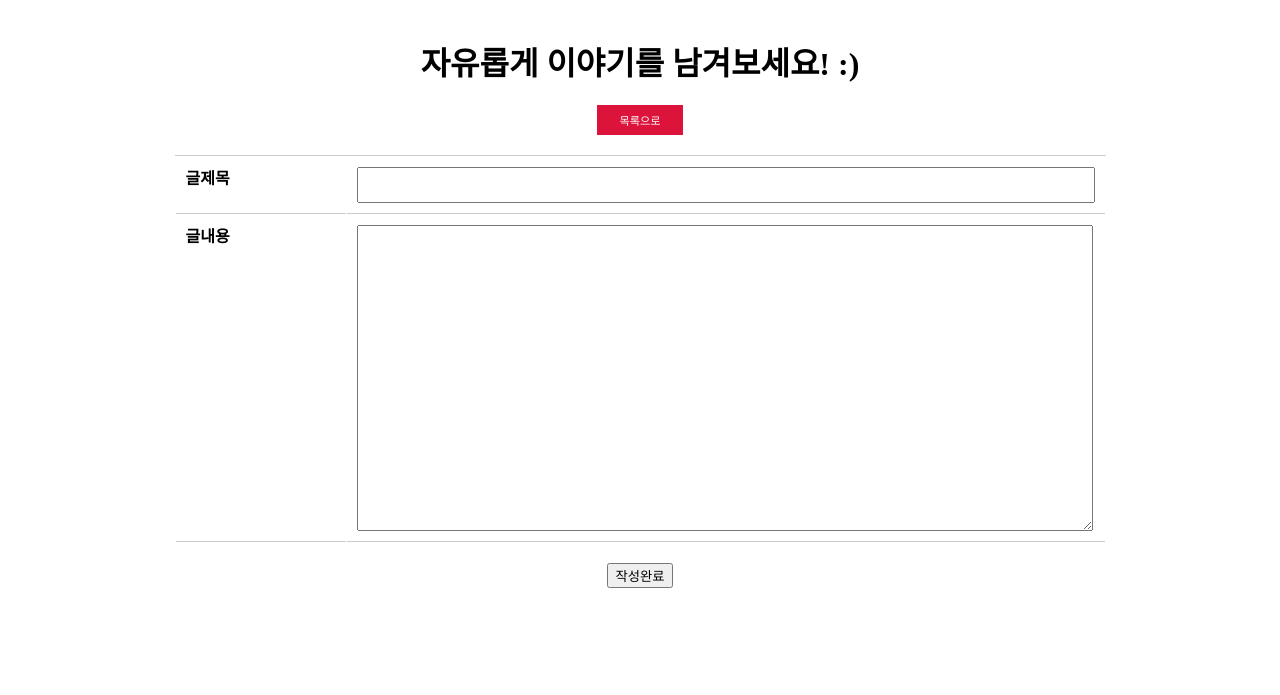
Repository: minkyung0421/NMT_Project
Page: http://localhost/MyPage_Project/Write.jsp
These files come from the project's save history. The page is drawn as it stood at one moment and after the next save; the edit follows.
The browser window is 1280 px wide. The pictures show the whole page.
The page is served by Tomcat 9.

Above is the page before, as saved 2018-08-30 23:21:22.

### NMT_Project/MyPage_Project/WebContent/Write.jsp
<%@ page language="java" contentType="text/html; charset=UTF-8"
    pageEncoding="UTF-8"%>
<!DOCTYPE html PUBLIC "-//W3C//DTD HTML 4.01 Transitional//EN" "http://www.w3.org/TR/html4/loose.dtd">
<html>
<head>
<meta http-equiv="Content-Type" content="text/html; charset=UTF-8">
<title>Board</title>
<style>
	table.type04 {
    border-collapse: separate;
    border-spacing: 1px;
    text-align: left;
    line-height: 1.5;
    border-top: 1px solid #ccc;
  margin : 20px 10px;
}
table.type04 th {
    width: 150px;
    padding: 10px;
    font-weight: bold;
    vertical-align: top;
    border-bottom: 1px solid #ccc;
}
table.type04 td {
    width: 350px;
    padding: 10px;
    vertical-align: top;
    border-bottom: 1px solid #ccc;
}

      #board_title{width:730px; height:30px;}

      #board_content{width:730px; height:300px;}

         button{
        background:crimson;
        color:#fff;
        border:none;
        position:relative;
        height:30px;
        font-size:0.7em;
        padding:0 2em;
        cursor:pointer;
        transition:800ms ease all;
        outline:none;
      }
      button:hover{
        background:#fff;
        color:crimson;
      }
      button:before,button:after{
        content:'';
        position:absolute;
        top:0;
        right:0;
        height:2px;
        width:0;
        background: crimson;
        transition:400ms ease all;
      }
      button:after{
        right:inherit;
        top:inherit;
        left:0;
        bottom:0;
      }
      button:hover:before,button:hover:after{
        width:100%;
        transition:800ms ease all;
      }
</style>
</head>
<body>
 <center><h1 style = "margin-top:3%">자유롭게 이야기를 남겨보세요! :)</h1>
        <a href = "list.jsp"><button>목록으로</button></a></center>
<form name="insertFrm" id="insertFrm" action="insert.jsp">
<center>
    <table class="type04">
	 <tr>
        <th scope="row">글제목</th>
        <td><input type="text" id="board_title" name="board_title"></td>
    </tr>
    <tr>
        <th scope="row">글내용</th>
        <td><textarea id="board_content" name="board_content"></textarea></td>
    </tr>
    </table>
</center>
  </form>

  <div class="Btn">

    <center><input type="button" value="작성완료" class = "button" id="insert" OnClick="javascript:Insert();"></center>

  </div>
</body>
<script>
	function Insert(){
		var insertFrm = document.insertFrm;
		if(!insertFrm.board_title.value){
			alert("글제목을 작성해주세요;)");
			insertFrm.board_title.focus();
			return;
		}

		if(!insertFrm.board_content.value){
			alert("내용을 적어주세요;)");
			insertFrm.board_content.focus();
			return;
		}

		insertFrm.submit();
	}
</script>
</html>

After the next save:
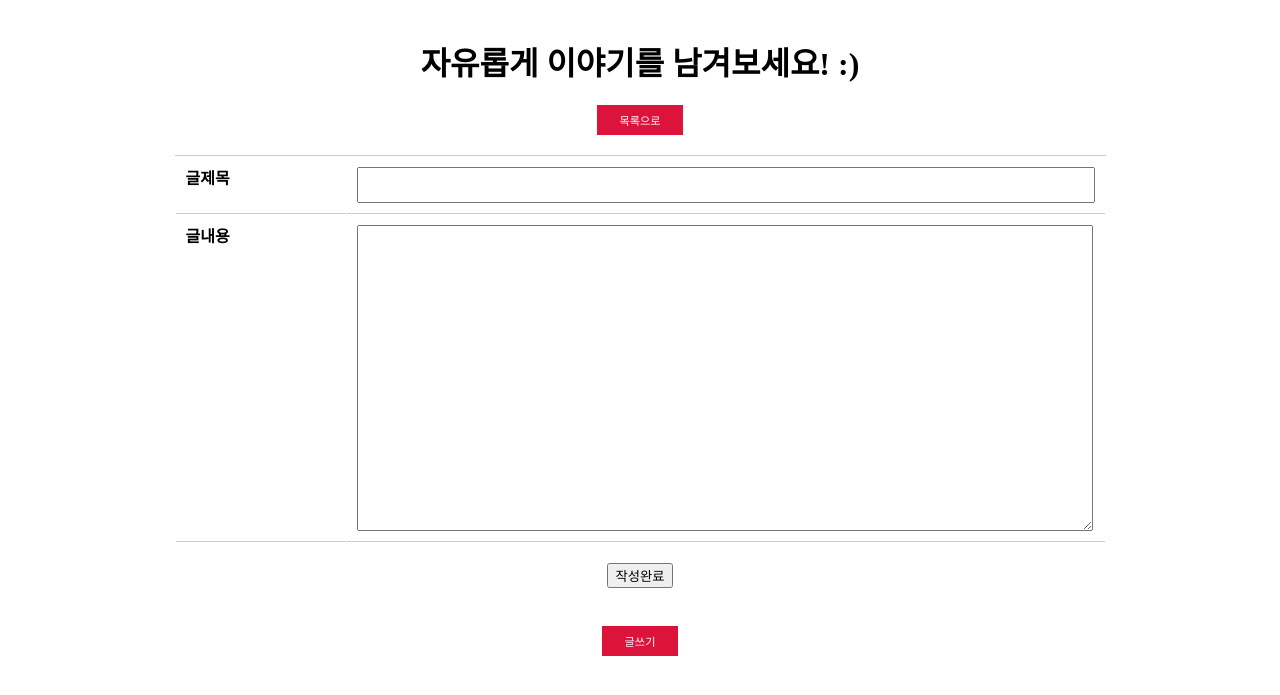
Saved 54 s later.
--- a/NMT_Project/MyPage_Project/WebContent/Write.jsp
+++ b/NMT_Project/MyPage_Project/WebContent/Write.jsp
@@ -91,7 +91,7 @@ table.type04 td {
   <div class="Btn">
 
     <center><input type="button" value="작성완료" class = "button" id="insert" OnClick="javascript:Insert();"></center>
-
+    <center><a href = "Write.jsp"><button style = "margin-top:3%;" id="insert" OnClick="javascript:Insert();">글쓰기</button></a></center>
   </div>
 </body>
 <script>
